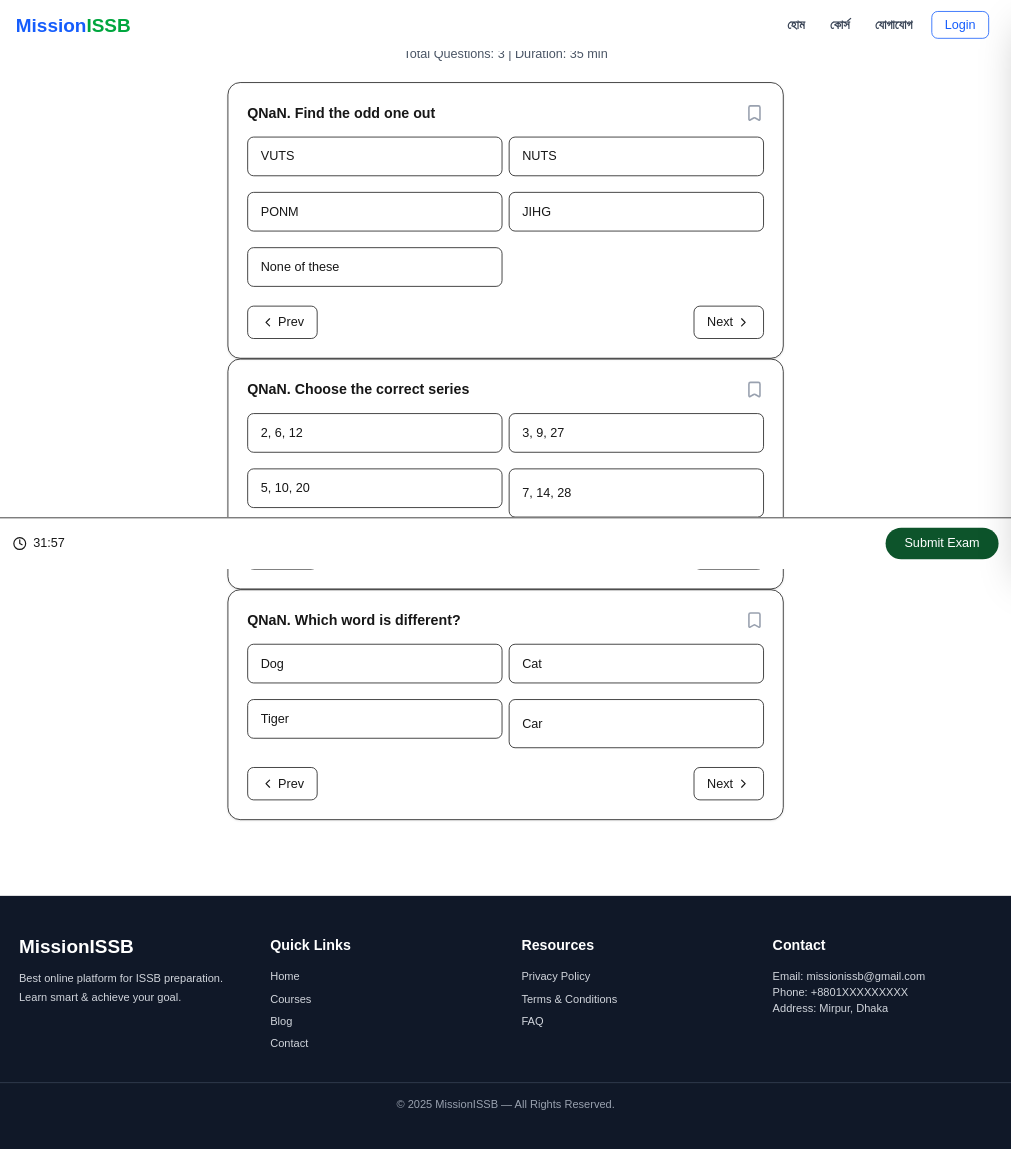
Repository: mdmuhibullahhabib/missionissb
Page: /exam/verbal-model-test-01
An editor plug-in stored every save of this project. The page is shown before and after a run of saves, followed by the edit.
The browser window is 1280 px wide. The pictures show the whole page, at 79% of full size.
The page's requests for data from a server got no answer. The project was rebuilt for these pictures with package versions that can differ from the ones it lists, and the page was loaded fresh each time. The framework's server and built-in components were replaced by stand-ins that run in the browser. No one was signed in, and anything a server would have sent is missing. Also part of the build but not shown: next.config.mjs, app/exam/[id]/components/SubmitModal.jsx.

Above is the page before, as saved 2025-12-15 17:26:19.

### app/layout.js
import { Geist, Geist_Mono } from 'next/font/google'
import './globals.css'
import Footer from '@/components/shared/Footer'
import Navbar from '@/components/shared/Navbar'
import NextAuthProvider from './providers/NextAuthProvider'
import LayoutWrapper from '@/components/LayoutWrapper'

const geistSans = Geist({
  variable: '--font-geist-sans',
  subsets: ['latin']
})

const geistMono = Geist_Mono({
  variable: '--font-geist-mono',
  subsets: ['latin']
})

export const metadata = {
  title: 'Mission ISSB',
  description: 'Generated by create next app'
}

export default function RootLayout({ children }) {
  return (
    <html lang='en' suppressHydrationWarning={true}>
      <body
        className={`${geistSans.variable} ${geistMono.variable} antialiased`}
      >
        <NextAuthProvider>

                    <LayoutWrapper>{children}</LayoutWrapper>


          {/* <Navbar />

          {children}

          <Footer /> */}
        </NextAuthProvider>
      </body>
    </html>
  )
}

### app/exam/[id]/page.jsx
"use client";

import { useState } from "react";
import { Clock } from "lucide-react";
import McqCard from "./components/McqCard";
import SubmitModal from "./components/SubmitModal";

/* Fake Questions */
const questions = [
  {
    question: "Find the odd one out",
    options: ["VUTS", "NUTS", "PONM", "JIHG", "None of these"],
  },
  {
    question: "Choose the correct series",
    options: ["2, 6, 12", "3, 9, 27", "5, 10, 20", "7, 14, 28"],
  },
  {
    question: "Which word is different?",
    options: ["Dog", "Cat", "Tiger", "Car"],
  },
];

const ExamPage = () => {
  const [currentQ, setCurrentQ] = useState(0);
  const [answers, setAnswers] = useState({});
  const [showSubmitModal, setShowSubmitModal] = useState(false);

  const handleSelect = (idx) => {
    setAnswers({ ...answers, [currentQ]: idx });
  };

  return (
    <div className="min-h-screen bg-white pb-24">

      {/* Header */}
      <div className="text-center py-6">
        <h1 className="text-2xl font-bold">Verbal Model Test 01</h1>
        <p className="text-gray-600">
          Total Questions: {questions.length} | Duration: 35 min
        </p>
      </div>

      {/* Question Card */}
      <div className="max-w-3xl space-x-4 mx-auto px-4">
        {questions.map((q, index) => (
          <McqCard
            key={index}
            index={index}
            question={q.question}
            options={q.options}
            selectedAnswer={answers[index]}
            onSelect={(optIdx) =>
              handleSelect(index, optIdx)
            }
          />
        ))}
      </div>

      {/* Footer */}
      <div className="fixed bottom-0 left-0 w-full bg-white border-t px-4 py-3 flex justify-between">
        <div className="flex items-center gap-2 font-medium">
          <Clock size={18} /> 31:57
        </div>

        <button
          onClick={() => setShowSubmitModal(true)}
          className="bg-green-900 text-white px-6 py-2 rounded-full"
        >
          Submit Exam
        </button>
      </div>

      {/* Submit Modal */}
      <SubmitModal
        open={showSubmitModal}
        onClose={() => setShowSubmitModal(false)}
        onSubmit={() => {
          setShowSubmitModal(false);
          alert("Exam Submitted!");
        }}
      />
    </div>
  );
};

export default ExamPage;

### components/shared/Footer.jsx
"use client";
import Link from "next/link";

export default function Footer() {
  return (
    <footer className="bg-gray-900 text-gray-300 py-12">
      <div className="max-w-7xl mx-auto grid grid-cols-1 md:grid-cols-4 gap-10 px-6">

        {/* Column 1 */}
        <div>
          <h2 className="text-2xl font-bold text-white">MissionISSB</h2>
          <p className="mt-3 text-sm leading-6">
            Best online platform for ISSB preparation.
            Learn smart & achieve your goal.
          </p>
        </div>

        {/* Column 2 */}
        <div>
          <h3 className="text-lg font-semibold text-white mb-4">Quick Links</h3>
          <ul className="space-y-2 text-sm">
            <li><Link href="/" className="hover:text-white">Home</Link></li>
            <li><Link href="/courses" className="hover:text-white">Courses</Link></li>
            <li><Link href="/blog" className="hover:text-white">Blog</Link></li>
            <li><Link href="/contact" className="hover:text-white">Contact</Link></li>
          </ul>
        </div>

        {/* Column 3 */}
        <div>
          <h3 className="text-lg font-semibold text-white mb-4">Resources</h3>
          <ul className="space-y-2 text-sm">
            <li><Link href="/privacy" className="hover:text-white">Privacy Policy</Link></li>
            <li><Link href="/terms" className="hover:text-white">Terms & Conditions</Link></li>
            <li><Link href="/faq" className="hover:text-white">FAQ</Link></li>
          </ul>
        </div>

        {/* Column 4 */}
        <div>
          <h3 className="text-lg font-semibold text-white mb-4">Contact</h3>
          <p className="text-sm">Email: missionissb@gmail.com</p>
          <p className="text-sm">Phone: +8801XXXXXXXXX</p>
          <p className="text-sm">Address: Mirpur, Dhaka</p>
        </div>
      </div>

      <div className="mt-10 border-t border-gray-700 pt-4 text-center text-gray-400 text-sm">
        © {new Date().getFullYear()} MissionISSB — All Rights Reserved.
      </div>
    </footer>
  );
}

### components/shared/Navbar.jsx
"use client";
import { useState, useEffect } from "react";
import Link from "next/link";
import { FiMenu, FiX } from "react-icons/fi";
import { useSession } from "next-auth/react";
import { useRouter } from "next/navigation";
import DrawerMenu from "../user/UserDrawerMenu";


// Fake user data
const fakeUser = {
    name: "Muhibullah Habib",
    email: "muhib@example.com",
    avatar: "https://i.pravatar.cc/100?img=11",
    role: "admin",
};

export default function Navbar() {
    const [open, setOpen] = useState(false);
    const [scroll, setScroll] = useState(false);
    const router = useRouter();
        const [drawerOpen, setDrawerOpen] = useState(false);
    const [userDrawerOpen, setUserDrawerOpen] = useState(false);
    const { data: session, status } = useSession();
    console.log(session)
    console.log(status)

    // Scroll detection for shadow effect
    useEffect(() => {
        const handleScroll = () => {
            setScroll(window.scrollY > 10);
        };
        window.addEventListener("scroll", handleScroll);
        return () => window.removeEventListener("scroll", handleScroll);
    }, []);

    const navLinks = [
        { name: "হোম", href: "/" },
        { name: "কোর্স", href: "/courses" },
        { name: "যোগাযোগ", href: "/contact" },
    ];

    // User icon click
    const handleUserClick = () => {
        if (status == "authenticated") {
            setUserDrawerOpen(true);
        } else {
            router.push("/auth");
        }
    };

    return (
        <>
            <nav
                className={`w-full fixed top-0 z-50 transition-all ${scroll ? "bg-white shadow-md" : "bg-white"
                    }`}
            >
                <div className="max-w-7xl mx-auto px-5 py-3 flex justify-between items-center">

                    {/* Logo */}
                    <Link href="/" className="text-2xl font-bold text-blue-600">
                        Mission<span className="text-green-600">ISSB</span>
                    </Link>


                    {/* Auth Buttons */}
                    <div className="hidden items-center md:flex gap-4">
                        {/* Desktop Menu */}
                        <div className="hidden md:flex gap-8">
                            {navLinks.map((link) => (
                                <Link
                                    key={link.name}
                                    href={link.href}
                                    className="text-gray-700 font-semibold hover:text-blue-600 transition font-medium"
                                >
                                    {link.name}
                                </Link>
                            ))}
                        </div>

                        {/* User Icon */}
                        <button
                            onClick={handleUserClick}
                            className="p-2 rounded-full hover:bg-gray-100 transition duration-150"
                        >
                            {status == "authenticated" ? (
                                <img
                                    src={fakeUser?.avatar}
                                    alt="user"
                                    className="h-8 w-8 rounded-full border"
                                />
                            ) : (
                                <Link
                                    href="/auth"
                                    className="px-4 py-2 border border-blue-600 text-blue-600 rounded-lg hover:bg-blue-600 hover:text-white transition"
                                >
                                    Login
                                </Link>
                            )}
                        </button>
                    </div>

                    {/* Mobile Toggle */}
                    <button onClick={() => setOpen(!open)} className="md:hidden text-3xl">
                        {open ? <FiX /> : <FiMenu />}
                    </button>
                </div>

                {/* Mobile Menu */}
                <div
                    className={`md:hidden bg-white fixed top-[64px] left-0 w-full h-screen transition-all duration-300 ${open ? "translate-y-0 opacity-100" : "-translate-y-5 opacity-0 pointer-events-none"
                        }`}
                >
                    <div className="flex flex-col gap-6 px-6 py-6 text-lg">
                        {navLinks.map((link) => (
                            <Link
                                key={link.name}
                                href={link.href}
                                onClick={() => setOpen(false)}
                                className="text-gray-700 hover:text-blue-600"
                            >
                                {link.name}
                            </Link>
                        ))}

                        <hr />

                        <Link
                            href="/auth/login"
                            onClick={() => setOpen(false)}
                            className="text-blue-600 font-semibold"
                        >
                            Login
                        </Link>
                    </div>
                </div>
            </nav>

            <DrawerMenu
                isOpen={userDrawerOpen}
                onClose={() => setUserDrawerOpen(false)}
                // user={user}
            />
        </>
    );
}

### app/providers/NextAuthProvider.jsx
"use client"
import { SessionProvider } from 'next-auth/react'
import React from 'react'

const NextAuthProvider = ({ children }) => {
    return <SessionProvider>{children}</SessionProvider>
}

export default NextAuthProvider;

### components/LayoutWrapper.jsx
"use client";

import { usePathname } from "next/navigation";
import Navbar from "./shared/Navbar";
import Footer from "./shared/Footer";

export default function LayoutWrapper({ children }) {
  const pathname = usePathname();
  const isAdmin = pathname.startsWith("/admin");
  const isAuth = pathname.startsWith("/auth");

  return (
    <>
      {!isAdmin && !isAuth && <Navbar />}

      <main>{children}</main>

      {!isAdmin && !isAuth && <Footer />}
    </>
  );
}

### app/exam/[id]/components/McqCard.jsx
"use client";

import { Bookmark, ChevronLeft, ChevronRight } from "lucide-react";

const McqCard = ({
  question,
  options,
  currentQ,
  totalQuestions,
  selectedAnswer,
  onSelect,
  onPrev,
  onNext,
}) => {
  return (
    <div className="max-w-3xl mx-auto px-4">
      <div className="border rounded-2xl p-6 shadow-sm">

        {/* Question Header */}
        <div className="flex justify-between items-center mb-4">
          <h2 className="font-semibold text-lg">
            Q{currentQ + 1}. {question}
          </h2>
          <Bookmark className="text-gray-400 cursor-pointer" />
        </div>

        {/* Options */}
        <div className="space-y-3 gap-2 grid md:grid-cols-2">
          {options.map((opt, idx) => (
            <button
              key={idx}
              onClick={() => onSelect(idx)}
              className={`w-full text-left px-4 py-3 border rounded-lg transition
                ${
                  selectedAnswer === idx
                    ? "bg-green-100 border-green-500"
                    : "hover:bg-gray-50"
                }`}
            >
              {opt}
            </button>
          ))}
        </div>

        {/* Navigation */}
        <div className="flex justify-between mt-6">
          <button
            onClick={onPrev}
            disabled={currentQ === 0}
            className="flex items-center gap-1 px-4 py-2 border rounded-lg disabled:opacity-40"
          >
            <ChevronLeft size={18} /> Prev
          </button>

          <button
            onClick={onNext}
            disabled={currentQ === totalQuestions - 1}
            className="flex items-center gap-1 px-4 py-2 border rounded-lg disabled:opacity-40"
          >
            Next <ChevronRight size={18} />
          </button>
        </div>
      </div>
    </div>
  );
};

export default McqCard;

### components/user/UserDrawerMenu.jsx
"use client";

import { FiX, FiUser, FiShoppingBag, FiSettings, FiGrid, FiLogOut } from "react-icons/fi";
import { motion, AnimatePresence } from "framer-motion";
import Image from "next/image";
import { useRouter } from "next/navigation";
import { signOut, useSession } from "next-auth/react";
import Link from "next/link";

export default function DrawerMenu({ isOpen, onClose, user = {} }) {
  const router = useRouter();
  const { data: session, status } = useSession();
  console.log(session)

  const handleNavigate = (path) => {
    onClose();
    router.push(path);
  };

  const handleLogout = async () => {
    // You can replace with your logout logic
    console.log("User logged out");
    onClose();
    await signOut();
  };

  const isAdmin = user?.role === "admin";

  return (
    <>
      {/* Overlay */}
      <AnimatePresence>
        {isOpen && (
          <motion.div
            initial={{ opacity: 0 }}
            animate={{ opacity: 1 }}
            exit={{ opacity: 0 }}
            onClick={onClose}
            className="fixed inset-0 bg-black/30 backdrop-blur-sm z-40 cursor-pointer"
          />
        )}
      </AnimatePresence>

      {/* Drawer */}
      <motion.div
        initial={{ x: "100%" }}
        animate={{ x: isOpen ? 0 : "100%" }}
        exit={{ x: "100%" }}
        transition={{ type: "spring", stiffness: 100, damping: 20 }}
        className="fixed top-0 right-0 h-full w-80 sm:w-96 bg-white shadow-2xl z-50 flex flex-col"
      >
        {/* Header */}
        <div className="flex justify-between items-center p-4 border-b">
          <div className="flex items-center gap-3">
            <Image
              src={user?.photo || "https://i.ibb.co/5j9n3yH/default-avatar.png"}
              width={40}
              height={40}
              alt="User avatar"
              className="rounded-full object-cover"
            />
            <div>
              <p className="font-semibold text-gray-800">
                {user?.name || "Guest User"}
              </p>
              <p className="text-xs text-gray-500">
                {isAdmin ? "Administrator" : "Regular User"}
              </p>
            </div>
          </div>
          <button onClick={onClose} className="text-gray-600 hover:text-red-500">
            <FiX className="h-6 w-6" />
          </button>
        </div>

        {/* Menu Items */}
        <div className="flex-1 overflow-y-auto p-5 space-y-4 text-gray-700">
          <button
            onClick={() => handleNavigate("/profile")}
            className="flex items-center gap-3 w-full p-3 rounded-xl hover:bg-gray-100 transition"
          >
            <FiUser className="text-red-500" />
            <span>My Profile</span>
          </button>

          <Link
            href={"/mycourse"}
            // onClick={() => handleNavigate("/mycourse")}
            className="flex items-center gap-3 w-full p-3 rounded-xl hover:bg-gray-100 transition"
          >
            <FiShoppingBag className="text-red-500" />
            <span>My Courses</span>
          </Link>

          <Link
            href={"/admin/dashboard"}
            // onClick={() => handleNavigate("/mycourse")}
            className="flex items-center gap-3 w-full p-3 rounded-xl hover:bg-gray-100 transition"
          >
            <FiShoppingBag className="text-red-500" />
            <span>Admin Dashboard</span>
          </Link>

          {isAdmin && (
            <button
              onClick={() => handleNavigate("/admin/dashboard")}
              className="flex items-center gap-3 w-full p-3 rounded-xl hover:bg-gray-100 transition"
            >
              <FiGrid className="text-red-500" />
              <span>Admin Dashboard</span>
            </button>
          )}
        </div>

        {/* Footer */}
        <div className="border-t p-4">
          <button
            onClick={handleLogout}
            className="flex items-center justify-center gap-2 w-full py-2 bg-red-600 text-white font-medium rounded-xl hover:bg-red-700 transition"
          >
            <FiLogOut />
            Logout
          </button>
        </div>
      </motion.div>
    </>
  );
}

Loaded but not shown: app/globals.css (common file)

After the next 2 saves:
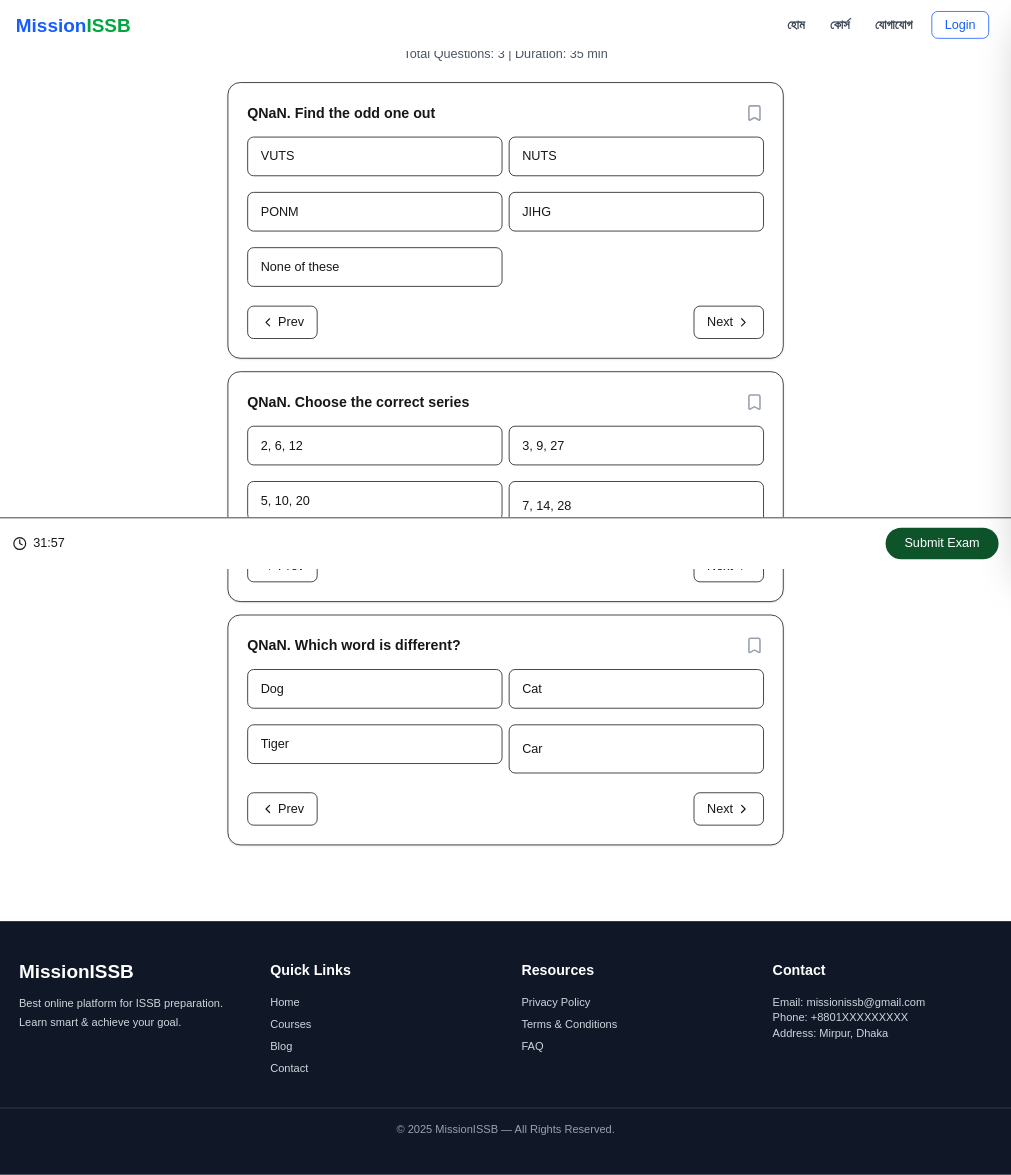
The 2 saves are shown as one change because they came seconds apart.
The last was saved 70 s later.
--- a/app/exam/[id]/page.jsx
+++ b/app/exam/[id]/page.jsx
@@ -42,7 +42,7 @@ const ExamPage = () => {
       </div>
 
       {/* Question Card */}
-      <div className="max-w-3xl space-x-4 mx-auto px-4">
+      <div className="max-w-3xl space-y-4 mx-auto px-4">
         {questions.map((q, index) => (
           <McqCard
             key={index}
